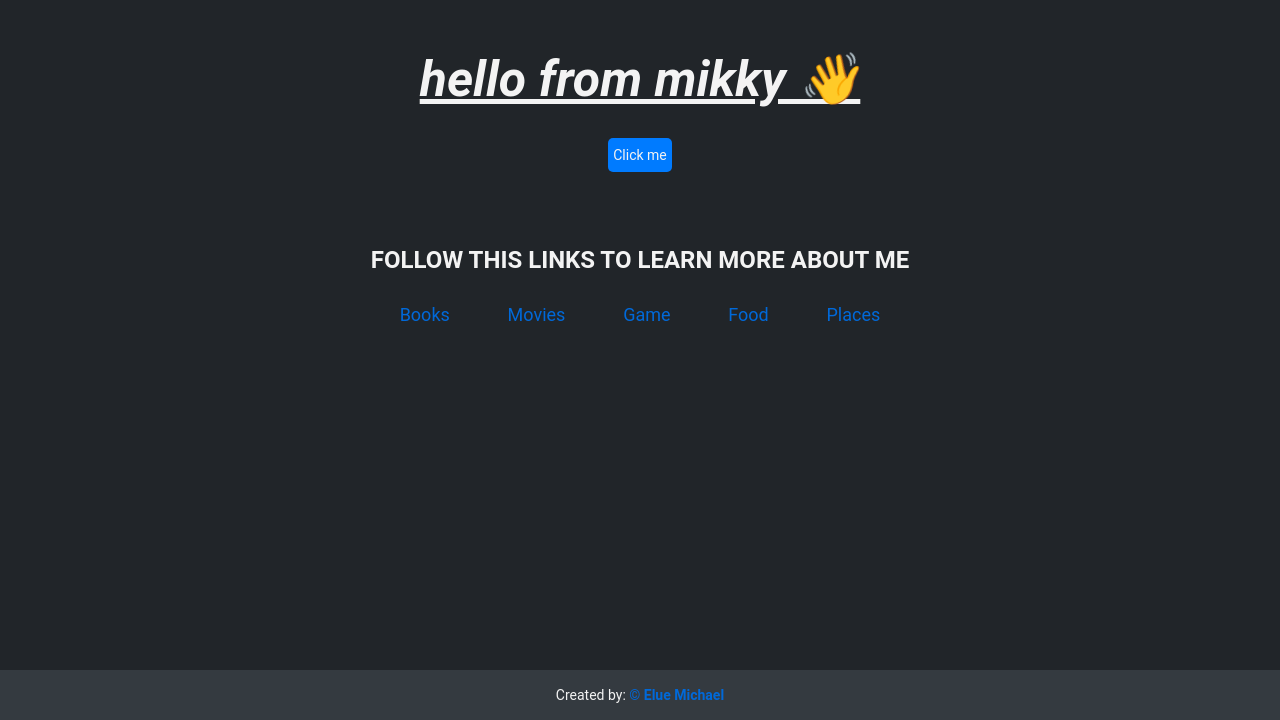
Repository: MikkyPrestige/html-website
Page: index.html
An editor plug-in stored every save of this project. The page is shown before and after the next save, followed by the edit.
The browser window is 1280 px wide. The pictures show the whole page.

Above is the page before, as saved 2023-04-29 14:55:25.

After the next save:
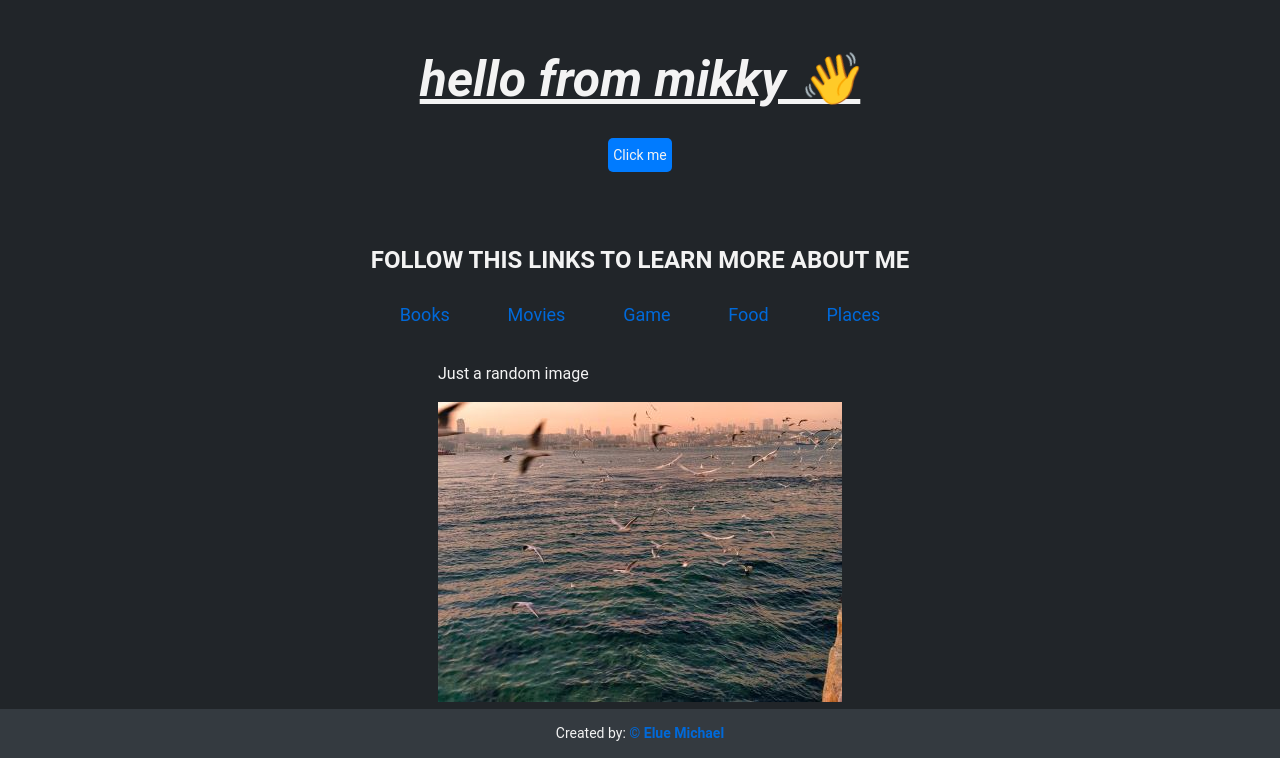
Saved 25 s later.
--- a/index.html
+++ b/index.html
@@ -37,10 +37,10 @@
         </div>
       </section>
     </section>
-    <!-- <div>
+    <div>
         <p>Just a random image</p>
         <img src="./images/first.img.jpg" alt="First Image">
-      </div> -->
+      </div>
     <footer class="footer">
       <p class="footer-text">Created by: <a href="https://github.com/MeekyBerry" target="_blank" class="footer-link">
           &copy; <strong>Elue Michael</strong>
